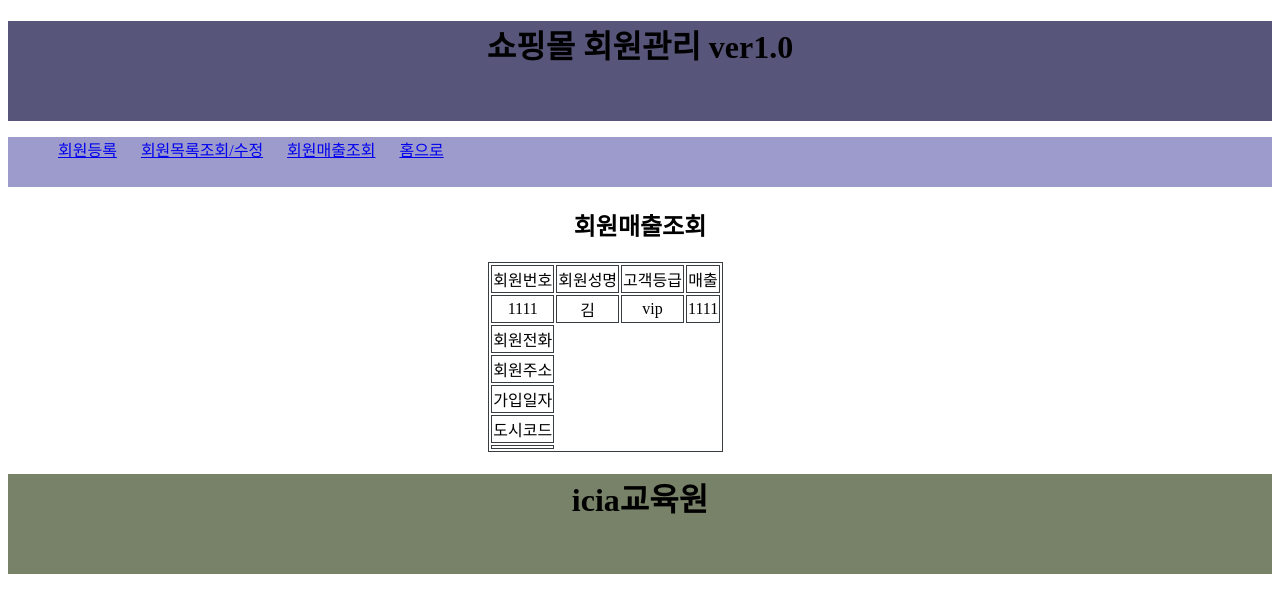
Repository: Kim-seongjun/javastudy2
Page: http://localhost/back_end_test/membersales
The author's editor kept a copy of each file at every save. The page is drawn from the files as they stood at one save, then again after the next save.
The browser window is 1280 px wide. The pictures show the whole page.
The page is served by Tomcat 9.

Above is the page before, as saved 2020-01-22 06:04:41.

After the next save:
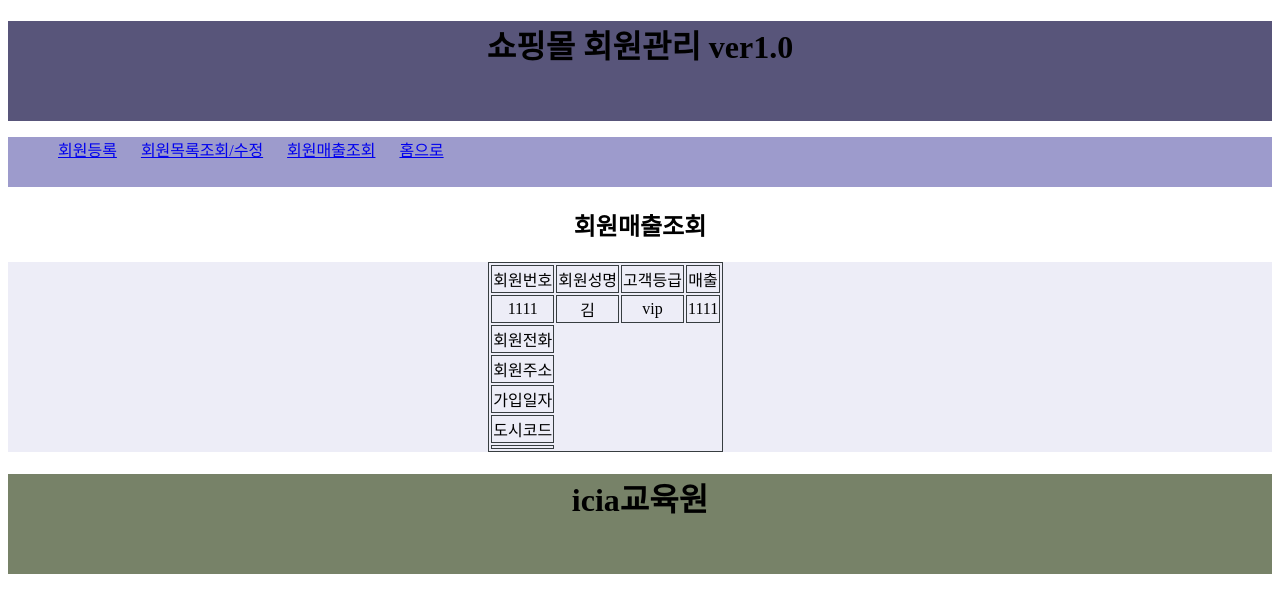
Saved 75 s later.
--- a/back_end_test/WebContent/membersales.jsp
+++ b/back_end_test/WebContent/membersales.jsp
@@ -29,6 +29,11 @@ table {
 tr td {
 	border: 1px solid #373D40;
 }
+
+#div_sales {
+	background-color: #EDEDF7;
+}
+
 </style>
 </head>
 <body>
@@ -47,7 +52,7 @@ tr td {
 		<div>
 			<h1 style="text-align: center;">회원매출조회</h1>
 		</div>
-		<div id="div_join">
+		<div id="div_sales">
 			<form action="#">
 				<table>
 					<tr>
